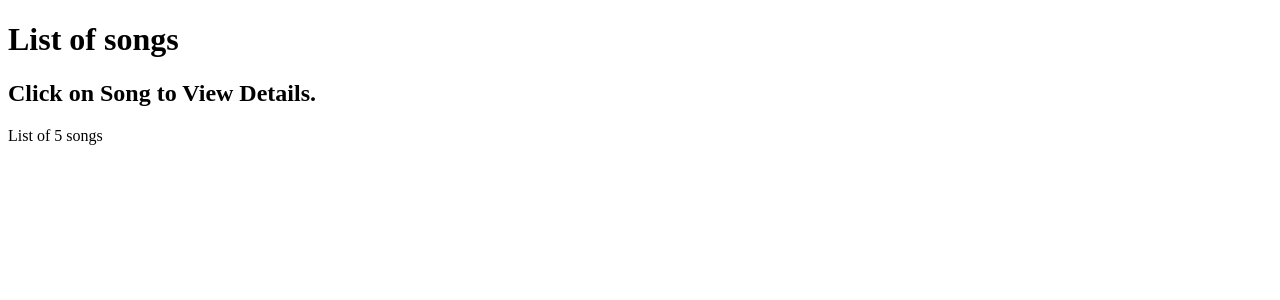
Repository: thagunnaharish1-netizen/GeetShala
Page: http://localhost/songs/
The author's editor kept a copy of each file at every save. The page is drawn from the files as they stood at one save, then again after the next save.
The browser window is 1280 px wide. The pictures show the whole page.
The page is served by the project's application, run on Django 5.2 (manage.py). Other server files are loaded and not shown.

Above is the page before, as saved 2026-09-01 18:46:18.

### songs/templates/song_list.html
<!DOCTYPE html>
<html lang="en">
<head>
    <meta charset="UTF-8">
    <meta name="viewport" content="width=device-width, initial-scale=1.0">
    <title>Songs List</title>
</head>
<body>
    <h1>List of songs</h1>
    <h2>Click on Song to View Details.</h2>
    {% if songs %}
        <p>List of {{ songs|length }} songs</p>
    {% else %}
        <p>No songs available.</p>
    {% endif %}

</body>
</html>

### songs/views.py
from django.shortcuts import render
from django.http import HttpResponse

def song_list(request):
    # response_text = '<h1>List of songs</h1><h2>Click on Song to View Details.</h2>'
    # return HttpResponse(response_text)
    songs = [
        {'id': 1, 'title': 'Song 1', 'artist': 'Artist 1'},
        {'id': 2, 'title': 'Song 2', 'artist': 'Artist 2'},
        {'id': 3, 'title': 'Song 3', 'artist': 'Artist 3'},
        {'id': 4, 'title': 'Song 4', 'artist': 'Artist 4'},
        {'id': 5, 'title': 'Song 5', 'artist': 'Artist 5'},
    ]
    return render(request, 'song_list.html', {'songs': songs})

def song_detail(request, song_id):
    response_text = f"You are calling:{song_id}"
    return HttpResponse(response_text)

### geetshala/urls.py
"""
URL configuration for geetshala project.

The `urlpatterns` list routes URLs to views. For more information please see:
    https://docs.djangoproject.com/en/6.1/topics/http/urls/
Examples:
Function views
    1. Add an import:  from my_app import views
    2. Add a URL to urlpatterns:  path('', views.home, name='home')
Class-based views
    1. Add an import:  from other_app.views import Home
    2. Add a URL to urlpatterns:  path('', Home.as_view(), name='home')
Including another URLconf
    1. Import the include() function: from django.urls import include, path
    2. Add a URL to urlpatterns:  path('blog/', include('blog.urls'))
"""
from django.contrib import admin
from django.urls import path, include

urlpatterns = [
    path('admin/', admin.site.urls),
    path('songs/', include('songs.urls')),
]

### songs/urls.py
# App-level URLconf: routes to specific views within the songs app
from django.urls import path
from . import views
urlpatterns = [
    path('', views.song_list, name='song_list'),  # e.g., /songs/
    path('<int:song_id>/', views.song_detail, name='song_detail') #e.g., /songs/12
]

After the next save:
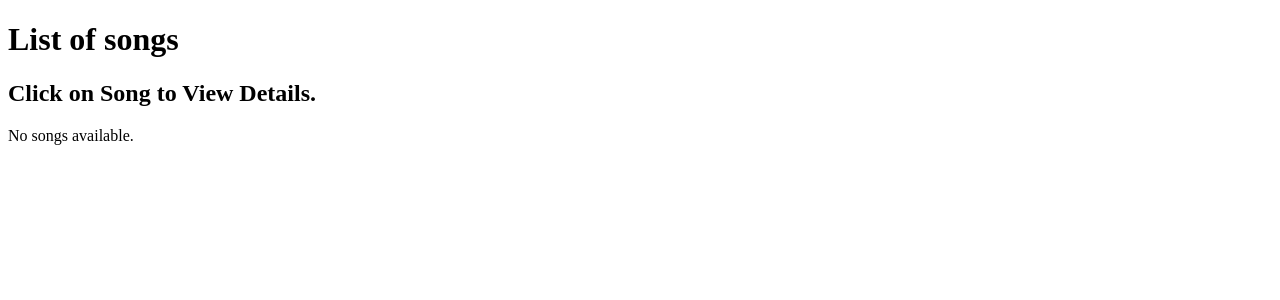
Saved 14 s later.
--- a/songs/views.py
+++ b/songs/views.py
@@ -5,11 +5,7 @@
     # response_text = '<h1>List of songs</h1><h2>Click on Song to View Details.</h2>'
     # return HttpResponse(response_text)
     songs = [
-        {'id': 1, 'title': 'Song 1', 'artist': 'Artist 1'},
-        {'id': 2, 'title': 'Song 2', 'artist': 'Artist 2'},
-        {'id': 3, 'title': 'Song 3', 'artist': 'Artist 3'},
-        {'id': 4, 'title': 'Song 4', 'artist': 'Artist 4'},
-        {'id': 5, 'title': 'Song 5', 'artist': 'Artist 5'},
+
     ]
     return render(request, 'song_list.html', {'songs': songs})
 

After the save that followed:
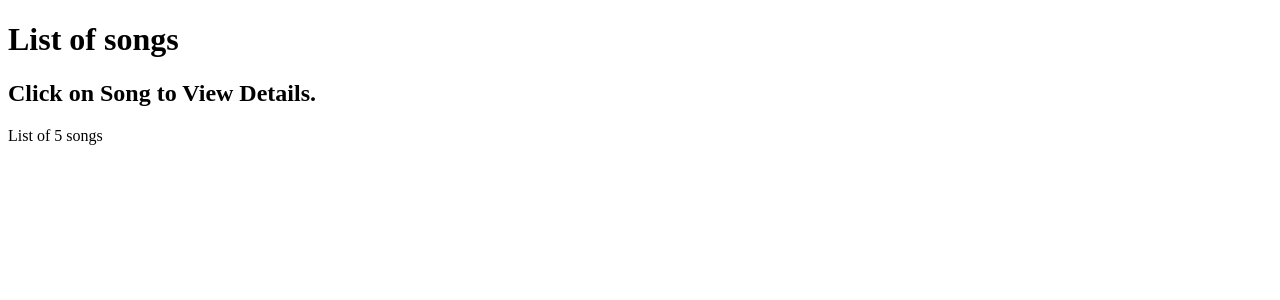
Saved 8 s later.
--- a/songs/views.py
+++ b/songs/views.py
@@ -5,7 +5,11 @@
     # response_text = '<h1>List of songs</h1><h2>Click on Song to View Details.</h2>'
     # return HttpResponse(response_text)
     songs = [
-
+        {'id': 1, 'title': 'Song 1', 'artist': 'Artist 1'},
+        {'id': 2, 'title': 'Song 2', 'artist': 'Artist 2'},
+        {'id': 3, 'title': 'Song 3', 'artist': 'Artist 3'},
+        {'id': 4, 'title': 'Song 4', 'artist': 'Artist 4'},
+        {'id': 5, 'title': 'Song 5', 'artist': 'Artist 5'},
     ]
     return render(request, 'song_list.html', {'songs': songs})
 
